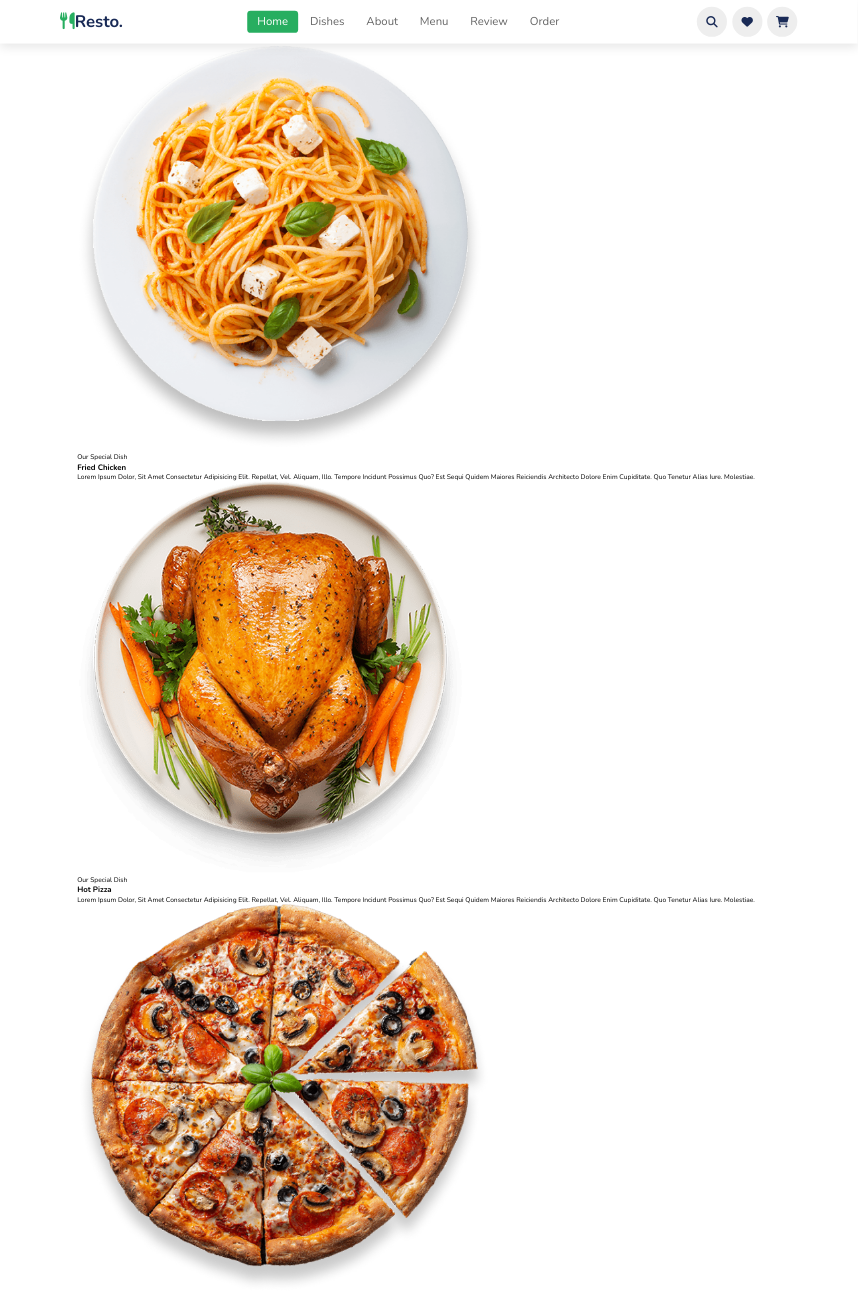
Repository: CarsonDev1/FoodWeb
Page: index.html
An editor plug-in stored every save of this project. The page is shown before and after the next save, followed by the edit.
The browser window is 1280 px wide. The pictures show the whole page, at 67% of full size.
Some web libraries are served in a nearby version.

Above is the page before, as saved 2022-05-18 19:29:03.

### index.html
<!DOCTYPE html>
<html lang="en">
  <head>
    <meta charset="UTF-8" />
    <meta http-equiv="X-UA-Compatible" content="IE=edge" />
    <meta name="viewport" content="width=device-width, initial-scale=1.0" />
    <title>Document</title>
    <!-- CSS link -->
    <link rel="stylesheet" href="./css/style.css" />
    <!-- Google font -->
    <link rel="preconnect" href="https://fonts.googleapis.com" />
    <link rel="preconnect" href="https://fonts.gstatic.com" crossorigin />
    <link
      href="https://fonts.googleapis.com/css2?family=DM+Sans:wght@700&family=Manrope:wght@400;700;800&family=Nunito:wght@200;300;400;600;700&display=swap"
      rel="stylesheet"
    />
    <!-- font awesome cdn link -->
    <link
      rel="stylesheet"
      href="https://cdnjs.cloudflare.com/ajax/libs/font-awesome/6.1.1/css/all.min.css"
    />
  </head>
  <body>
    <!-- Header section start -->
    <header>
      <a href="#" class="logo"><i class="fas fa-utensils"></i>resto.</a>
      <nav class="navbar">
        <a class="active" href="#home">home</a>
        <a href="#dishes">dishes</a>
        <a href="#about">about</a>
        <a href="#menu">menu</a>
        <a href="#review">review</a>
        <a href="#order">order</a>
      </nav>
      <div class="icons">
        <i class="fas fa-bars" id="menu-bars"></i>
        <i class="fas fa-search" id="search-icon"></i>
        <a href="#" class="fas fa-heart"></a>
        <a href="#" class="fas fa-shopping-cart"></a>
      </div>
    </header>
    <!-- Header section end -->
    <!-- Search form -->
    <form action="" id="search-form">
      <input
        type="search"
        placeholder="search here..."
        name=""
        id="search-box"
      />
      <label for="search-box" class="fas fa-search"></label>
      <i class="fas fa-times" id="close"></i>
    </form>
    <!-- home section start -->
    <section class="home" id="home">
      <div class="home-slider">
        <div class="wrapper">
          <div class="slide">
            <div class="content">
              <span>our special dish</span>
              <h3>spicy noodles</h3>
              <p>
                Lorem ipsum dolor, sit amet consectetur adipisicing elit.
                Repellat, vel. Aliquam, illo. Tempore incidunt possimus quo? Est
                sequi quidem maiores reiciendis architecto dolore enim
                cupiditate. Quo tenetur alias iure. Molestiae.
              </p>
              <a href="#" class="btn"></a>
            </div>
            <div class="image">
              <img src="images/home-img-1.png" alt="" />
            </div>
          </div>
          <div class="slide">
            <div class="content">
              <span>our special dish</span>
              <h3>fried chicken</h3>
              <p>
                Lorem ipsum dolor, sit amet consectetur adipisicing elit.
                Repellat, vel. Aliquam, illo. Tempore incidunt possimus quo? Est
                sequi quidem maiores reiciendis architecto dolore enim
                cupiditate. Quo tenetur alias iure. Molestiae.
              </p>
              <a href="#" class="btn"></a>
            </div>
            <div class="image">
              <img src="images/home-img-2.png" alt="" />
            </div>
          </div>
          <div class="slide">
            <div class="content">
              <span>our special dish</span>
              <h3>hot pizza</h3>
              <p>
                Lorem ipsum dolor, sit amet consectetur adipisicing elit.
                Repellat, vel. Aliquam, illo. Tempore incidunt possimus quo? Est
                sequi quidem maiores reiciendis architecto dolore enim
                cupiditate. Quo tenetur alias iure. Molestiae.
              </p>
              <a href="#" class="btn"></a>
            </div>
            <div class="image">
              <img src="images/home-img-3.png" alt="" />
            </div>
          </div>
        </div>
      </div>
    </section>
    <!-- home section end -->
    <!-- JS file link -->
    <script src="./js/app.js"></script>
  </body>
</html>

### css/style.css
:root {
  --green: #27ae60;
  --black: #192a56;
  --light-color: #666;
  --box-shadow: 0 0.5rem 1.5rem rgba(0, 0, 0, 0.1);
}
* {
  font-family: "Nunito", sans-serif;
  margin: 0;
  padding: 0;
  box-sizing: border-box;
  text-decoration: none;
  outline: none;
  border: none;
  text-transform: capitalize;
  transition: all 0.2s linear;
}
html {
  font-size: 62.5%;
  overflow-x: hidden;
  scroll-padding-top: 5.5rem;
  scroll-behavior: smooth;
}
section {
  padding: 2rem 9%;
}
header {
  position: fixed;
  top: 0;
  left: 0;
  right: 0;
  background: #fff;
  padding: 1rem 7%;
  display: flex;
  align-items: center;
  justify-content: space-between;
  z-index: 1000;
  box-shadow: var(--box-shadow);
}
header .logo {
  color: var(--black);
  font-size: 2.5rem;
  font-weight: bolder;
}
header .logo i {
  color: var(--green);
}
header .navbar a {
  font-size: 1.7rem;
  border-radius: 0.5rem;
  padding: 0.5rem 1.5rem;
  color: var(--light-color);
}
header .navbar a.active,
header .navbar a:hover {
  background: var(--green);
  color: #fff;
}
header .icons i,
header .icons a {
  cursor: pointer;
  margin-left: 0.5rem;
  height: 4.5rem;
  line-height: 4.5rem;
  width: 4.5rem;
  text-align: center;
  font-size: 1.7rem;
  color: var(--black);
  border-radius: 50%;
  background: #eee;
}
header .icons i:hover,
header .icons a:hover {
  color: #fff;
  background: var(--green);
  transform: rotate(360deg);
}
header .icons #menu-bars {
  display: none;
}
#search-form {
  position: fixed;
  top: -110%;
  left: 0;
  height: 100%;
  width: 100%;
  z-index: 1004;
  background: rgba(0, 0, 0, 0.8);
  display: flex;
  align-items: center;
  justify-content: center;
  padding: 0 1rem;
}
#search-form.active {
  top: 0;
}
#search-form #search-box {
  width: 50rem;
  border-bottom: 1px solid #fff;
  padding: 1rem 0;
  color: #fff;
  font-size: 3rem;
  text-transform: none;
  background: none;
}
#search-form #search-box::placeholder {
  color: #eee;
}
#search-form #search-box::-webkit-search-cancel-button {
  -webkit-appearance: none;
}
#search-form label {
  color: #fff;
  cursor: pointer;
  font-size: 3rem;
}
#search-form label:hover {
  color: var(--green);
}
#search-form #close {
  position: absolute;
  color: #fff;
  cursor: pointer;
  top: 2rem;
  right: 3rem;
  font-size: 5rem;
}
.home .home-slider .slide {
  display: flex;
  align-items: center;
  flex-wrap: wrap;
}
/* media queries */
@media (max-width: 991px) {
  html {
    font-size: 55%;
  }
  header {
    padding: 1rem 2rem;
  }
}
@media (max-width: 768px) {
  header .icons #menu-bars {
    display: inline-block;
  }
  header .navbar {
    position: absolute;
    top: 100%;
    left: 0;
    right: 0;
    background: #fff;
    border-top: 0.1rem solid rgba(0, 0, 0, 0.2);
    padding: 1rem;
    clip-path: polygon(0 0, 100% 0, 100% 0, 0 0);
  }
  header .navbar.active {
    clip-path: polygon(0 0, 100% 0, 100% 100%, 0 100%);
  }
  header .navbar a {
    display: block;
    font-size: 2.5rem;
    padding: 1.5rem;
    margin: 1rem;
    background: #eee;
  }
  #search-form #search-box {
    width: 90%;
    margin: 0 1rem;
  }
}
@media (max-width: 991px) {
  html {
    font-size: 50%;
  }
}

### js/app.js
let menu = document.querySelector("#menu-bars");
let navbar = document.querySelector(".navbar");

menu.onclick = () => {
  menu.classList.toggle("fa-times");
  navbar.classList.toggle("active");
};
menu.onscroll = () => {
  menu.classList.remove("fa-times");
  navbar.classList.remove("active");
};
document.querySelector("#search-icon").onclick = () => {
  document.querySelector("#search-form").classList.toggle("active");
};
document.querySelector("#close").onclick = () => {
  document.querySelector("#search-form").classList.remove("active");
};

After the next save:
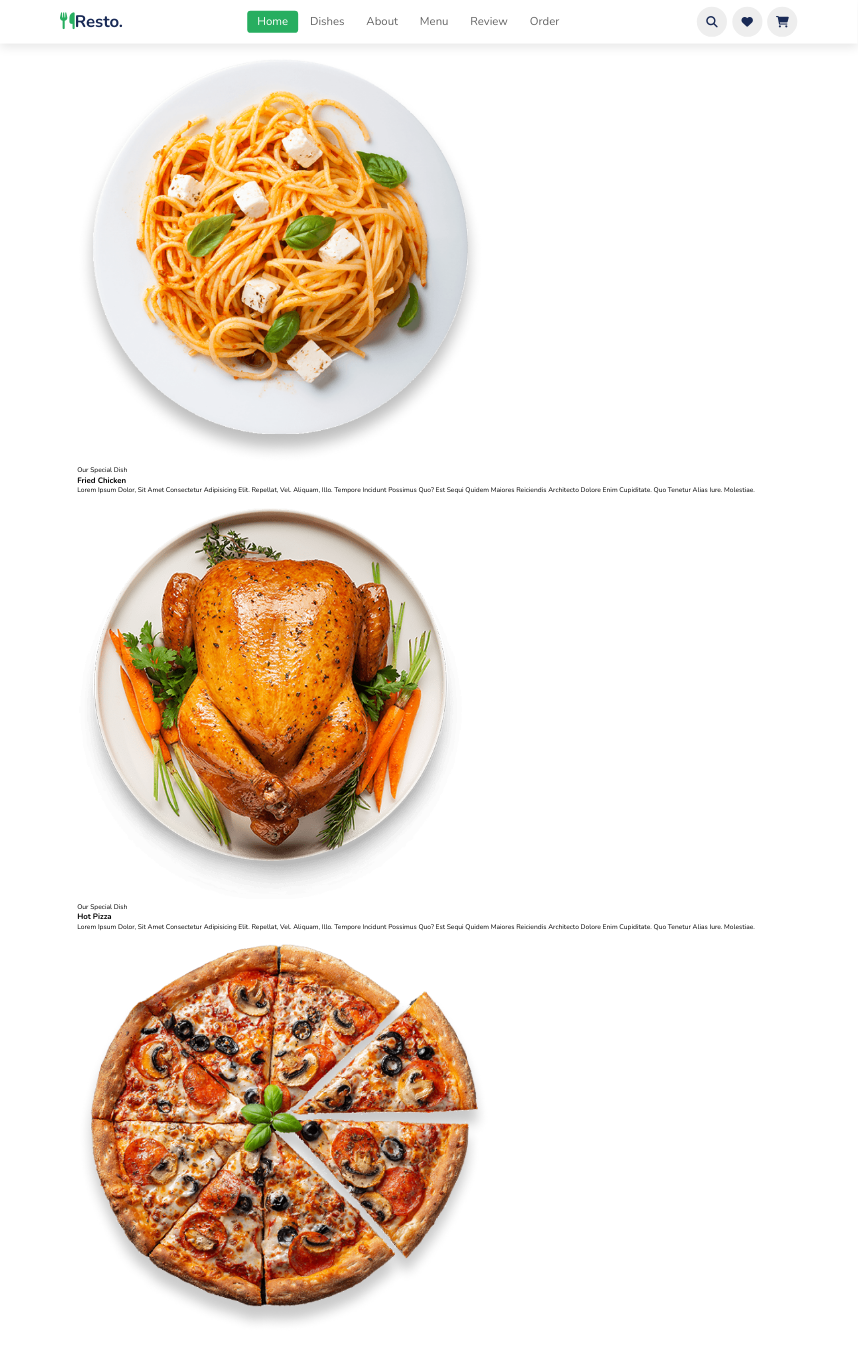
Saved 10 s later.
--- a/css/style.css
+++ b/css/style.css
@@ -129,6 +129,7 @@ header .icons #menu-bars {
   display: flex;
   align-items: center;
   flex-wrap: wrap;
+  gap: 2rem;
 }
 /* media queries */
 @media (max-width: 991px) {
